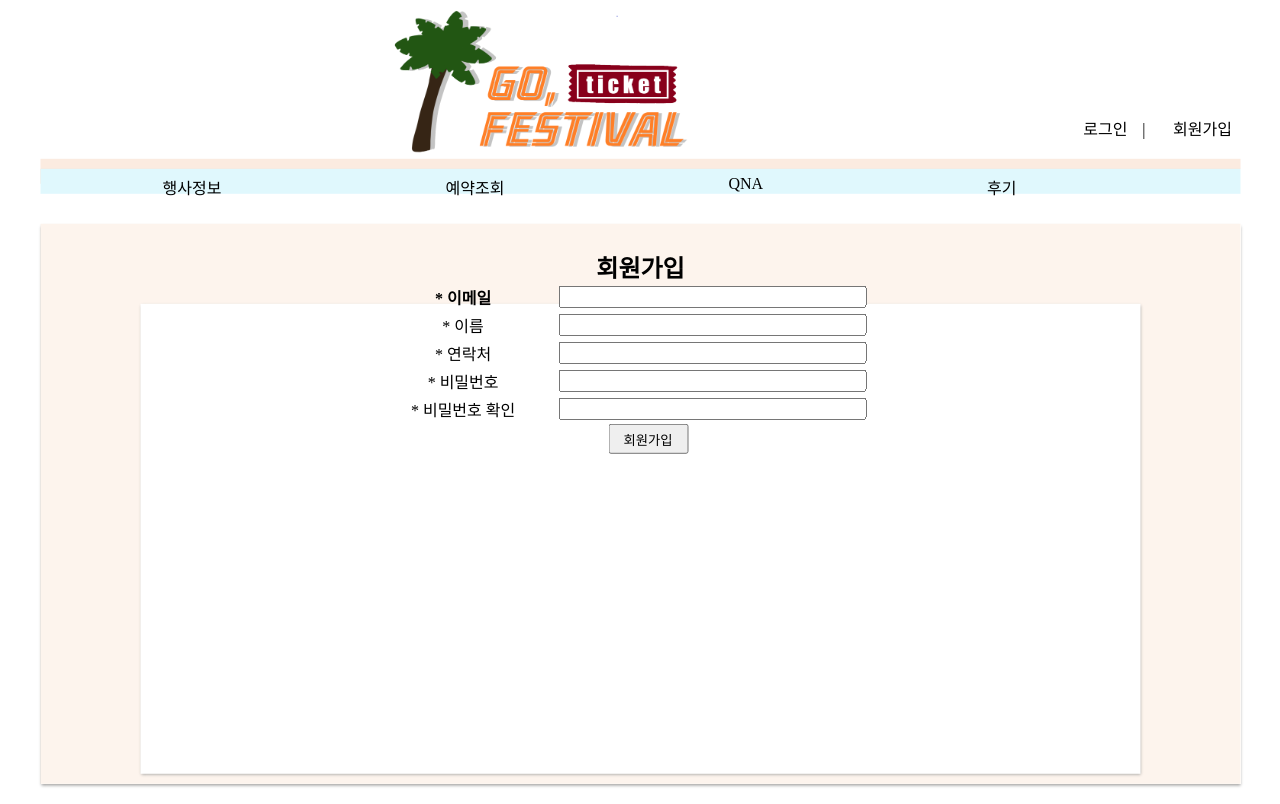
Repository: Changgyu1/Chang_Gu
Page: http://localhost/Project/register.jsp
The author's editor kept a copy of each file at every save. The page is drawn from the files as they stood at one save, then again after the next save.
The browser window is 1280 px wide. The pictures show the whole page.
Some web fonts or font styles are not loaded; a fallback is used. The page is served by Tomcat 9.

Above is the page before, as saved 2023-11-14 09:51:01.

After the next save:
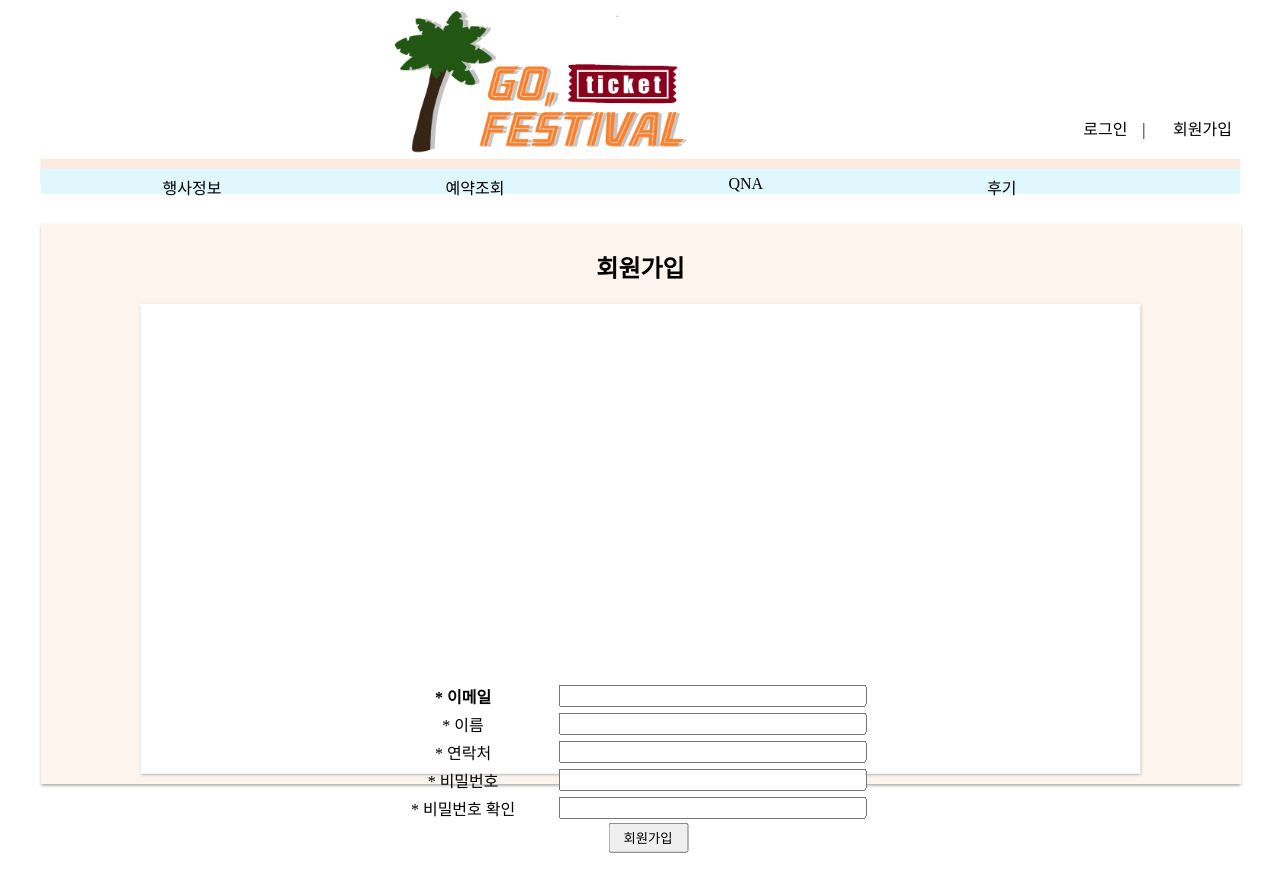
Saved 115 s later.
--- a/Project/src/main/webapp/register.jsp
+++ b/Project/src/main/webapp/register.jsp
@@ -27,11 +27,11 @@ border-bottom:none;
 
 }
 .register-Div{
-	 	   	 position: absolute;
-            padding: 20px;
-            top: 50%;
-            left: 50%;
-            transform: translate(-50%, -50%);
+    position: absolute;
+    padding: 20px;
+    bottom: -20%;
+    left: 50%;
+    transform: translate(-50%, -50%);
 }
 input[type="text"], input[type="email"], input[type="password"] {
 	width: 300px;
